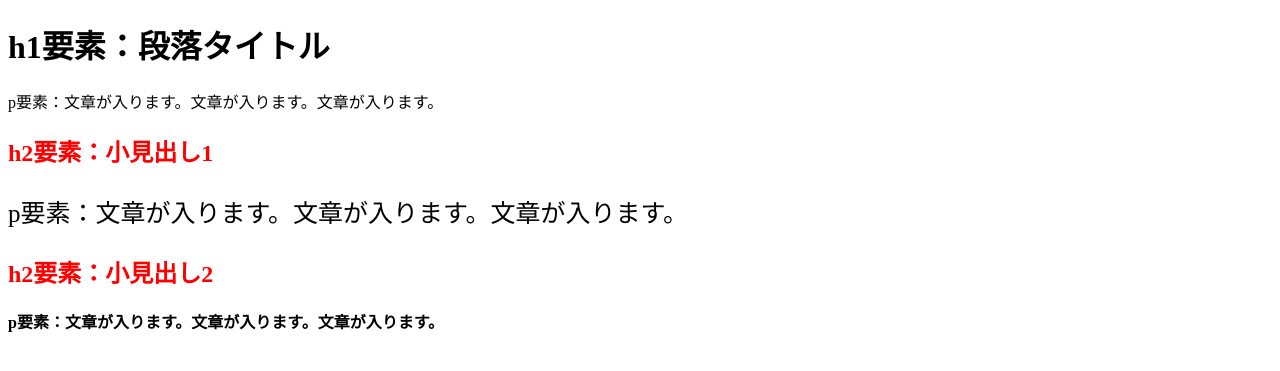
Repository: KAZMA5/samurai_HTML-CSS
Page: 20210325/bb.html
The author's editor kept a record of every edit. The page is drawn from the files as they stood at one moment, then again after the next edit.
The browser window is 1280 px wide. The pictures show the whole page.

Above is the page before.

### 20210325/bb.html
<!DOCTYPE html>
<html lang="ja">
    <head>
        <meta charset="UTF-8">
        <title>HTML/CSSの学習</title>
       <style>
      h2 {
        color: red;
      }
        </style>
    </head>
    <body>
        <h1>h1要素：段落タイトル</h1>
        <p>p要素：文章が入ります。文章が入ります。文章が入ります。</p>
        <h2>h2要素：小見出し1</h2>
        <p style="font-size: 25px;">
            p要素：文章が入ります。文章が入ります。文章が入ります。
        </p>
        <h2>h2要素：小見出し2</h2>
        <p style="font-weight: bold;">
            p要素：文章が入ります。文章が入ります。文章が入ります。
        </p>
    </body>
</html>

After the next edit:
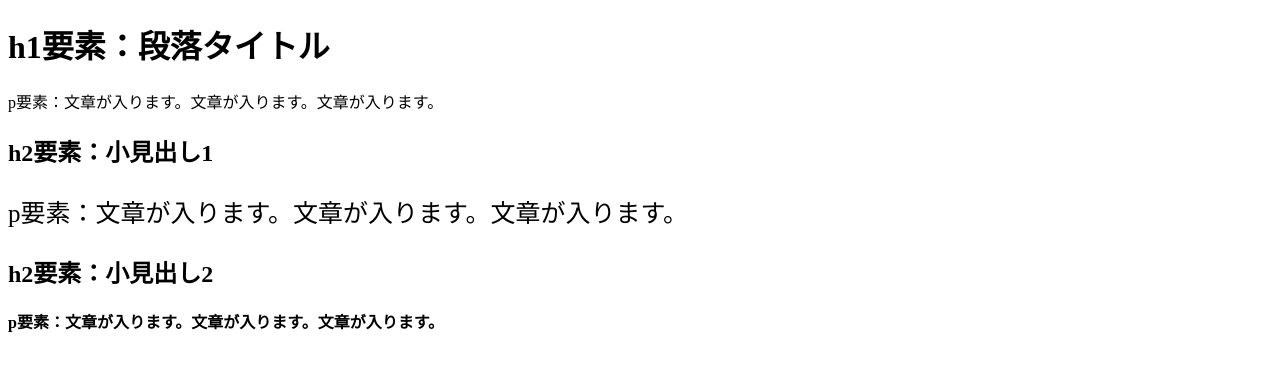
The edit:
--- a/20210325/bb.html
+++ b/20210325/bb.html
@@ -4,7 +4,7 @@
         <meta charset="UTF-8">
         <title>HTML/CSSの学習</title>
        <style>
-      h2 {
+      #red{
         color: red;
       }
         </style>
